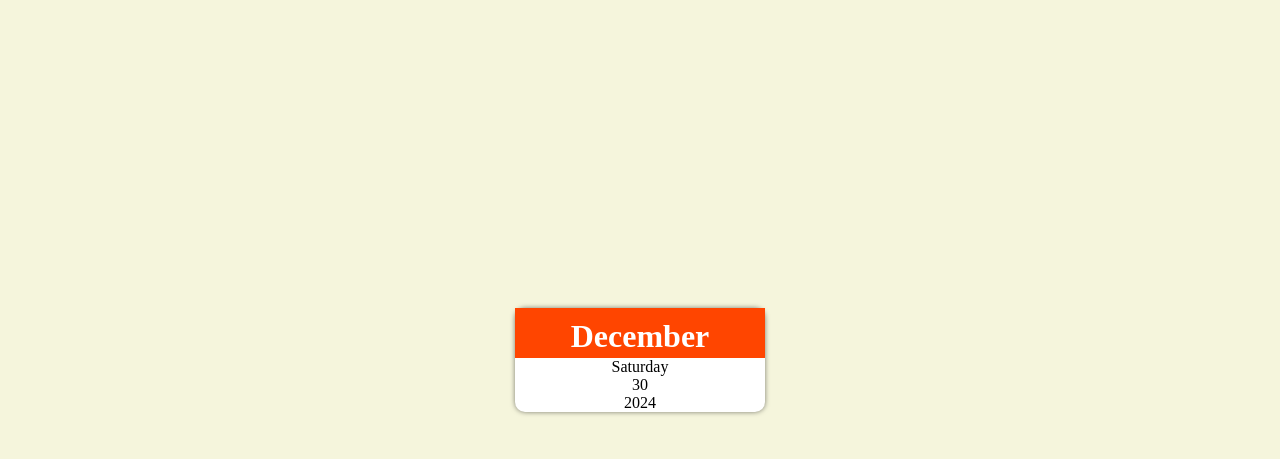
Repository: JunaidAnsari202/Mini-Calender
Page: index.html
These files come from the project's save history. The page is drawn as it stood at one moment and after a run of saves; the edit follows.
The browser window is 1280 px wide. The pictures show the whole page.

Above is the page before, as saved 2024-11-10 11:47:15.

### index.html
<!DOCTYPE html>
<html lang="en">
<head>
    <meta charset="UTF-8">
    <meta name="viewport" content="width=device-width, initial-scale=1.0">
    <title>Mini Calender</title>
    <link rel="stylesheet" href="style.css">
</head>
<body>
   <div class="container">
    <div class="month">December</div>
    <div class="weekday">Saturday</div>
    <div class="day">30</div>
    <div class="year">2024</div>

</div>

    <script src="script.js"></script>
</body>
</html>

### style.css
*{
    margin: 0;
    padding: 0;
    box-sizing: border-box;
}

body{
    background-color: beige;
    display: flex;
    justify-content: center;
    align-items: center;
    height: 100vh;
}

.container{
    width: 250px;
    background-color: white;
    border-radius: 10px;
    box-shadow: 0 0 5px 0 rgba(0,0,0,0.5);
    text-align: center;
    border: none;
}

.month{
    background-color: orangered;
    height: 50px;
    font-size: 2rem;
    font-weight: bold;
    color: white;
    padding: 10px;
    margin-bottom: ;

}

Loaded but not shown: script.js (no copy from this time; the picture is the same without it)

After the next 4 saves:
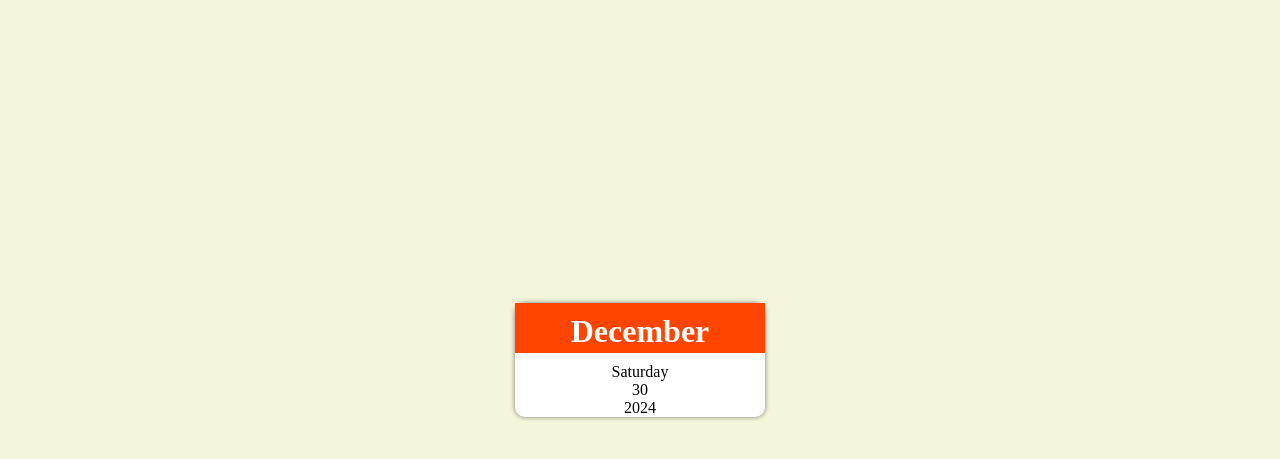
The 4 saves are shown as one change because they came seconds apart.
The last was saved 8 s later.
--- a/style.css
+++ b/style.css
@@ -28,6 +28,7 @@
     font-weight: bold;
     color: white;
     padding: 10px;
-    margin-bottom: ;
+    margin-bottom: 10px;
+    bo
 
 }
